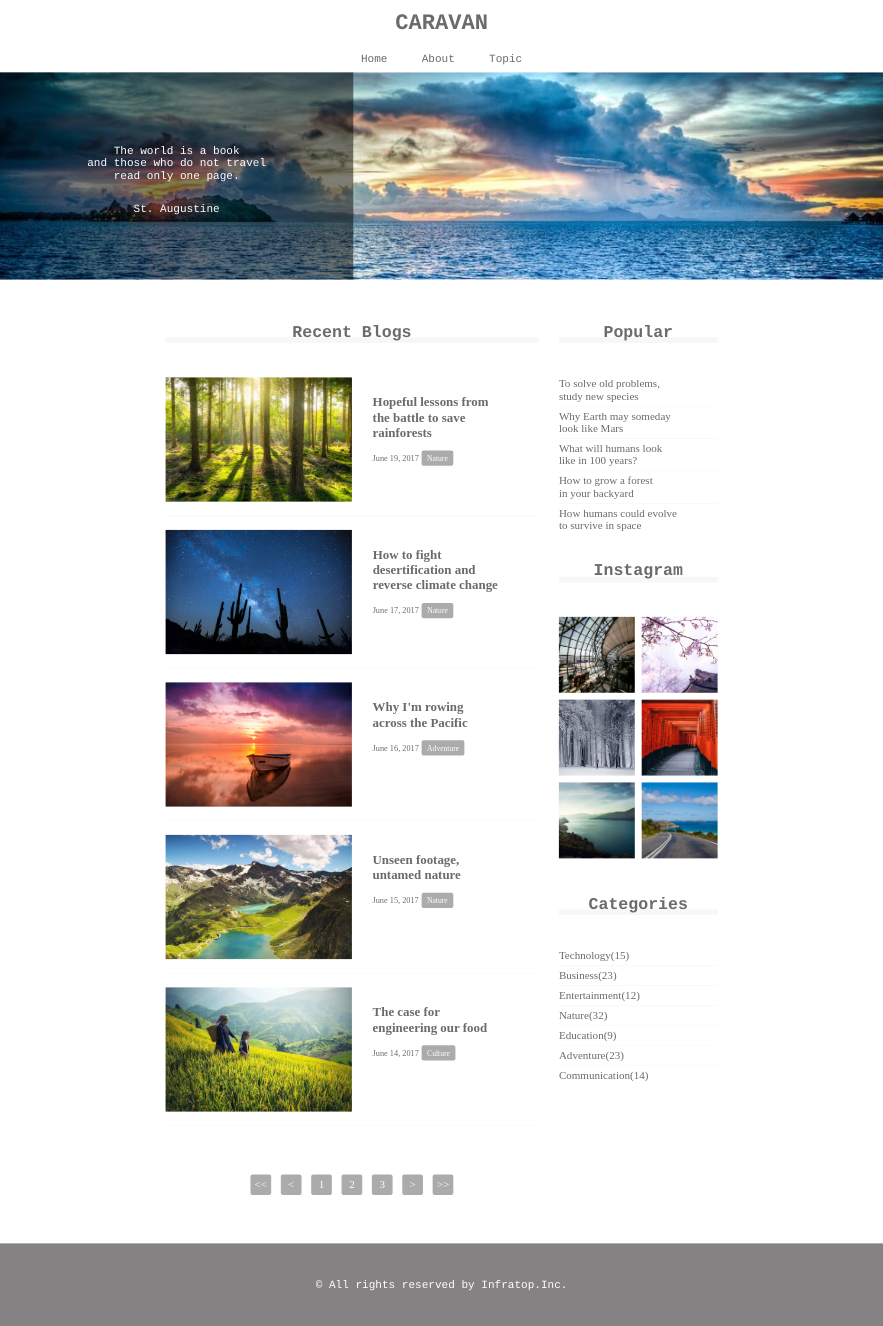
Repository: makunouti/dwc
Page: caravan/index.html
The author's editor kept a record of every edit. The page is drawn from the files as they stood at one moment, then again after the next edit.
The browser window is 1280 px wide. The pictures show the whole page, at 69% of full size.
Some web libraries are served in a nearby version.

Above is the page before.

### caravan/index.html
<!DOCTYPE html>
<html lang="ja">
  <head>
    <meta charset="UTF-8" />
    <!-- FontAwesomeの読み込み -->
    <script src="https://kit.fontawesome.com/decd1c0ac5.js" crossorigin="anonymous"></script>
    <!-- CSSファイルの読み込み -->
    <link rel="stylesheet" href="style.css" />
    <title>CARAVAN</title>
  </head>

  <body>
    <!-- header -->
    <header>
      <h1 class="heading">
        <a href="index.html">
          CARAVAN
        </a>
      </h1>

      <div class="social"></div>
    </header>

    <!-- navigation -->
    <nav>
      <ul class="nav-list">
        <li class="nav-list-item">
          <a href="index.html">Home</a>
        </li>
        <li class="nav-list-item">About</li>
        <li class="nav-list-item">Topic</li>
      </ul>
    </nav>

    <!-- main-visual用のdiv -->
    <div class="main-visual">
      <div class="main-visual-content">
        <p class="main-visual-text">
          The world is a book<br />
          and those who do not travel<br />
          read only one page.
        </p>
        <p class="main-visual-name">
          St. Augustine
        </p>
      </div>
    </div>

    <!-- main用のdiv -->
    <main>
      <section class="blog">
        <h2 class="blog-heading">Recent Blogs</h2>
        <div class="blog-box">
          <div class="blog-item">
            <img class="blog-image" src="img/forest.jpg" />
            <section class="blog-text">
              <h3 class="blog-text-heading">
                <a href="single.html">
                  Hopeful lessons from<br />
                  the battle to save<br />
                  rainforests
                </a>
              </h3>
              <p class="blog-date">June 19, 2017</p>
              <span class="category">Nature</span>
            </section>
          </div>
          <div class="blog-item">
            <img class="blog-image" src="img/desert.jpg" />
            <section class="blog-text">
              <h3 class="blog-text-heading">
                <a href="single.html">
                  How to fight<br />
                  desertification and<br />
                  reverse climate change
                </a>
              </h3>
              <p class="blog-date">June 17, 2017</p>
              <span class="category">Nature</span>
            </section>
          </div>
          <div class="blog-item">
            <img class="blog-image" src="img/sunset.jpg" />
            <section class="blog-text">
              <h3 class="blog-text-heading">
                <a href="single.html">
                  Why I'm rowing<br />
                  across the Pacific
                </a>
              </h3>
              <p class="blog-date">June 16, 2017</p>
              <span class="category">Adventure</span>
            </section>
          </div>
          <div class="blog-item">
            <img class="blog-image" src="img/italy.jpg" />
            <section class="blog-text">
              <h3 class="blog-text-heading">
                <a href="single.html">
                  Unseen footage,<br />
                  untamed nature
                </a>
              </h3>
              <p class="blog-date">June 15, 2017</p>
              <span class="category">Nature</span>
            </section>
          </div>
          <div class="blog-item">
            <img class="blog-image" src="img/asia.jpg" />
            <section class="blog-text">
              <h3 class="blog-text-heading">
                <a href="single.html">
                  The case for<br />
                  engineering our food
                </a>
              </h3>
              <p class="blog-date">June 14, 2017</p>
              <span class="category">Culture</span>
            </section>
          </div>
        </div>
        <div class="pagination">
          <p><<</p>
          <p><</p>
          <p>1</p>
          <p>2</p>
          <p>3</p>
          <p>></p>
          <p>>></p>
        </div>
      </section>
      <div class="sidebar">
        <section class="popular">
          <h2 class="popular-heading common-heading">Popular</h2>
          <div class="sidebar-contents">
            <p class="popular-text">
              To solve old problems,<br />study new species
            </p>
            <p class="popular-text">
              Why Earth may someday<br />look like Mars
            </p>
            <p class="popular-text">
              What will humans look<br />like in 100 years?
            </p>
            <p class="popular-text">
              How to grow a forest<br />in your backyard
            </p>
            <p class="popular-text">
              How humans could evolve<br />to survive in space
            </p>
          </div>
        </section>
        <section class="instagram">
          <h2 class="instagram-heading common-heading">Instagram</h2>
          <div class="sidebar-contents">
            <div class="instagram-box"></div>
            <div class="instagram-box"></div>
            <div class="instagram-box"></div>
            <div class="instagram-box"></div>
            <div class="instagram-box"></div>
            <div class="instagram-box"></div>
          </div>
        </section>
        <section class="categories">
          <h2 class="categories-heading common-heading">Categories</h2>
          <div class="sidebar-contents">
            <p class="categories-text">Technology(15)</p>
            <p class="categories-text">Business(23)</p>
            <p class="categories-text">Entertainment(12)</p>
            <p class="categories-text">Nature(32)</p>
            <p class="categories-text">Education(9)</p>
            <p class="categories-text">Adventure(23)</p>
            <p class="categories-text">Communication(14)</p>
          </div>
        </section>
      </div>
    </main>

    <!-- footer -->
    <footer>
      <p class="footer-text">© All rights reserved by Infratop.Inc.</p>
    </footer>
  </body>
</html>

### caravan/style.css
/* ブラウザがそれぞれ持っているCSSをリセットするための記述 */
* {
  margin: 0;
  padding: 0;
  box-sizing: border-box;
  color: #6c6b6b;
}

a {
  text-decoration: none;
}

header, nav, h2, .main-visual, footer {
  font-family: Chalkduster, "Bradley Hand", Courier, "Segoe Print", sans-serif;
}

header {
  width: 90%; /* 横幅90% */
  padding: 15px 0;
  margin: 0 auto;
  text-align: center;
  position: relative;
}

.social i {
  display: inline-block;
  margin-left: 20px;
}

.social {
  position: absolute;
  top: 22px;
  right: 22px;
}

header .heading {
  /* headerタグ内のheadingクラスにのみ反映される */
  font-size: 32px;
}

.nav-list {
  text-align: center;
  padding: 10px 0;
  margin: 0 auto;
}

.nav-list-item {
  list-style: none;
  display: inline-block;
  margin: 0 20px;
}

.main-visual {
  width: 100%; /* 横幅いっぱい */
  height: 300px; /* 高さ300px */
  background-image: url(img/mv.jpg);
  background-size: cover; /* 縦横比を維持したまま背景領域を埋め尽くす */
  background-position: center; /* 背景画像を中央に配置 */
}

.main-visual-content {
  width: 40%; /* 横幅40% */
  height: 300px; /* 親の高さに揃える */
  background-color: rgba(0, 0, 0, 0.5); /* 背景色を半透明の黒にする */
  text-align: center; /* 文字を中央揃えにする */
  padding-top: 105px; /* 上側の内側余白で垂直方向の位置を調整 */
}

.main-visual-text {
  color: #fff; /* 文字色を白に変更 */
}

.main-visual-name {
  margin-top: 30px; /* 上側の外側の余白 */
  color: #fff; /* 文字色を白に変更 */
}

main {
  width: 800px; /* 横幅800px */
  display: flex; /* Flexboxの利用 */
  justify-content: center; /* 要素の横並び・中央寄せ */
  margin: 0 auto; /* 要素の中央揃え */
  padding: 70px 0; /* 上下に70px、左右に0pxの内側余白 */
}

.blog {
  width: 540px;
  margin-right: 30px; /* 領域の右側余白 */
}

.blog-heading {
  border-bottom: 8px solid #f7f7f7;
  text-align: center;
  line-height: 0.6;
}

.blog-box {
  padding-top: 50px;
}

.blog-item {
  padding-bottom: 20px;
  margin-bottom: 20px;
  border-bottom: 1px solid #f7f7f7;
  display: flex;
  justify-content: flex-start;
}

.blog-image {
  height: 180px;
}

.blog-text {
  padding: 25px 0 0 30px;
}

.blog-text-heading {
  padding-bottom: 15px;
}

.blog-date {
  font-size: 12px;
  display: inline-block;
}

.category {
  display: inline-block;
  padding: 5px 8px;
  background-color: #acabab;
  border-radius: 3px;
  color: #fff;
  font-size: 11px;
}

.pagination {
  text-align: center;
  padding-top: 50px;
}
.pagination p {
  display: inline-block;
  width: 30px;
  height: 30px;
  margin: 0 5px;
  color: #fff;
  background-color: #acabab;
  border-radius: 3px;
  line-height: 30px;
}

.sidebar {
  width: 230px;
}
.common-heading {
  border-bottom: 8px solid #f7f7f7;
  text-align: center;
  line-height: 0.6;
}
.sidebar-contents {
  padding: 50px 0;
}
.popular-text,
.categories-text {
  padding-bottom: 5px;
  border-bottom: 1px solid #f7f7f7;
  margin-bottom: 5px;
}
.popular-text:last-child,
.categories-text:last-child {
  margin: 0;
  padding: 0;
  border: none;
}

.instagram .sidebar-contents {
  display: flex;
  flex-wrap: wrap;
}

.instagram-box {
  width: 110px;
  padding-top: 110px;
  background-size: cover;
  background-position: center;
  margin-bottom: 10px;
}
.instagram-box:nth-child(odd) {
  margin-right: 10px;
}
.instagram-box:nth-child(1) {
  background-image: url(img/airport.jpg);
}
.instagram-box:nth-child(2) {
  background-image: url(img/japan.jpg);
}
.instagram-box:nth-child(3) {
  background-image: url(img/snow.jpg);
}
.instagram-box:nth-child(4) {
  background-image: url(img/japan2.jpg);
}
.instagram-box:nth-child(5) {
  background-image: url(img/lake.jpg);
}
.instagram-box:nth-child(6) {
  background-image: url(img/road.jpg);
}

footer {
  width: 100%;
  height: 120px;
  text-align: center;
  line-height: 120px;
  background-color: #848282;
}

.footer-text {
  color: #fff;
}

/* すべての画面サイズで適用される設定 */
.social i {
  color: black;
}

/* タブレット横置きサイズ(1024px)以下の際に適用される設定 */
@media screen and (max-width:1024px) {
  .social i {
    color: green;
  }
}

/* タブレット縦置きサイズ(768px)以下の際に適用される設定 */
@media screen and (max-width:768px) {
  .social i {
    color: red;
  }
}

After the next edit:
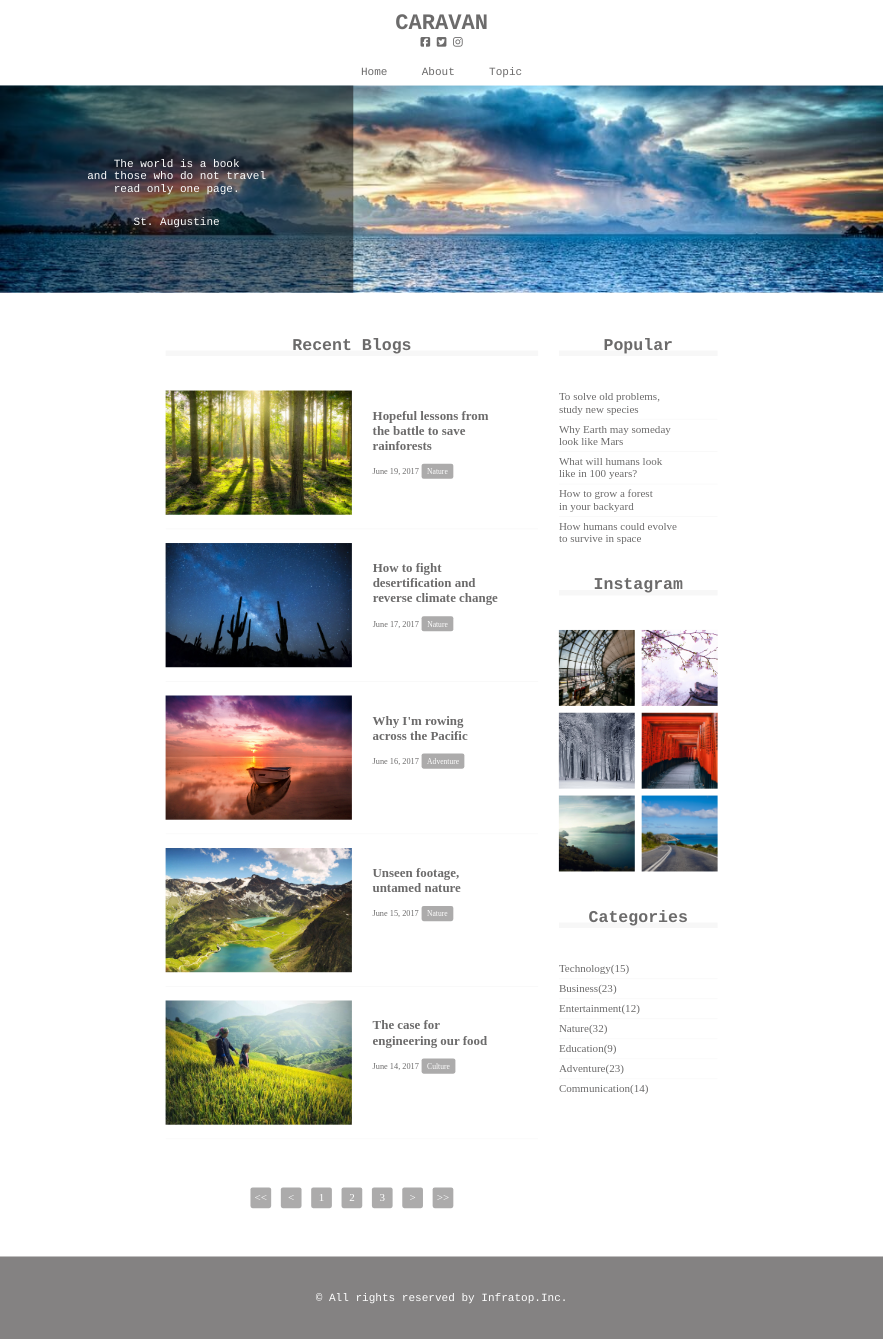
The edit:
--- a/caravan/index.html
+++ b/caravan/index.html
@@ -17,8 +17,11 @@
           CARAVAN
         </a>
       </h1>
+      <div class="social"></div>
 
-      <div class="social"></div>
+      <i class="fab fa-facebook-square"></i>
+      <i class="fab fa-twitter-square"></i>
+      <i class="fab fa-instagram"></i>
     </header>
 
     <!-- navigation -->

After the edit that followed:
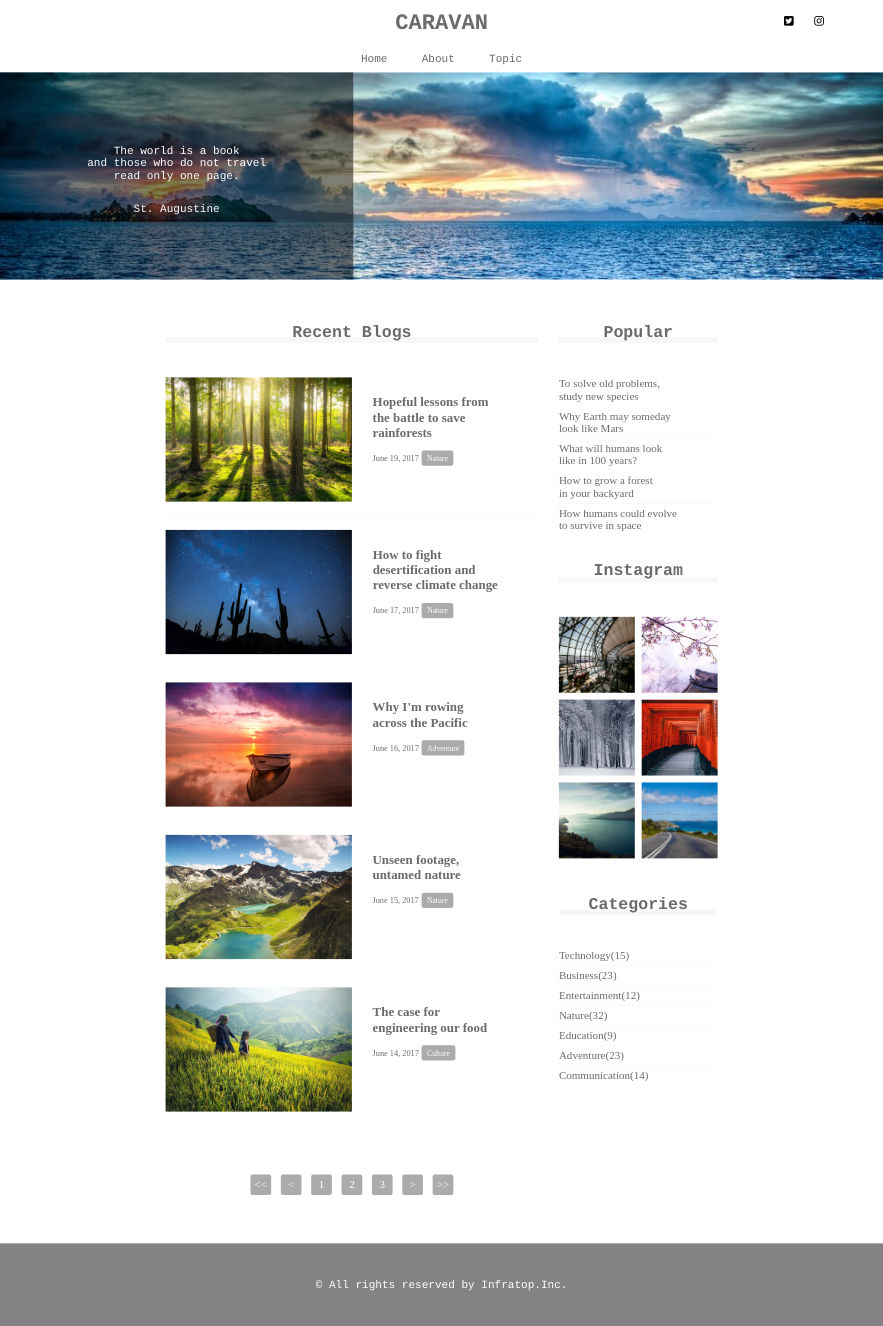
The edit:
--- a/caravan/index.html
+++ b/caravan/index.html
@@ -17,11 +17,12 @@
           CARAVAN
         </a>
       </h1>
-      <div class="social"></div>
+      <div class="social"
 
       <i class="fab fa-facebook-square"></i>
       <i class="fab fa-twitter-square"></i>
       <i class="fab fa-instagram"></i>
+      </div>
     </header>
 
     <!-- navigation -->
